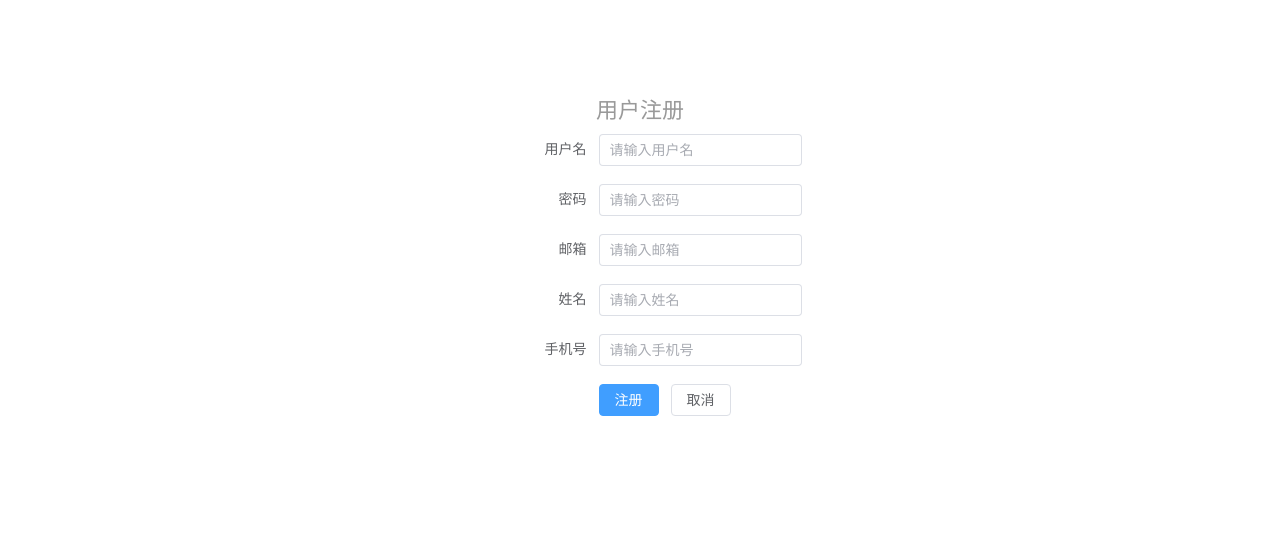
Repository: Mickey1216/yzkj_login_demo
Page: /
These files come from the project's save history. The page is drawn as it stood at one moment and after the next save; the edit follows.
The browser window is 1280 px wide. The pictures show the whole page.
The project was rebuilt for these pictures with package versions that can differ from the ones it lists, and the page was loaded fresh each time. Also part of the build but not shown: vite.config.js.

Above is the page before, as saved 2023-07-04 16:14:31.

### src/main.js
import { createApp } from 'vue'
import App from './App.vue'
import router from './router'
import ElementPlus from 'element-plus'
import 'element-plus/dist/index.css'

const app = createApp(App)
app.use(router)
app.use(ElementPlus)
app.mount('#app')

### src/App.vue
<template>
  <div class="app">
    <routerView/>
  </div>
</template>

<script setup>

</script>

<style scoped>

</style>

### src/router/index.js
import { createRouter, createWebHistory } from 'vue-router'
import Register from '../views/Register.vue'

const router = createRouter({
  history: createWebHistory(import.meta.env.BASE_URL),
  routes: [
    {
      path: '/',
      redirect: '/register',
    },
    {
      path: '/register',
      name: 'register',
      component: Register
    },
    {
      path: '/login',
      name: 'login',
      component: () => import('../views/Login.vue')
    },
    {
      path: '/list',
      name: 'list',
      component: () => import('../views/List.vue')
    },
    {
      path: '/:pathMatch(.*)',
      meta: { title: "出错了！当前界面不存在" },
      component: () => import('../views/Error.vue')
    }
  ]
})

export default router

### src/views/Register.vue
<template>
  <div class="register">
    <div class="title">用户注册</div>
    <!-- <div class="is_existing_account">已有账号?立即登录</div> -->
    <el-form :model="form" label-width="120px">
      <el-form-item label="用户名">
        <el-input placeholder="请输入用户名" v-model="form.username" />
      </el-form-item>
      <el-form-item label="密码">
        <el-input placeholder="请输入密码" v-model="form.password" />
      </el-form-item>
      <el-form-item label="邮箱">
        <el-input placeholder="请输入邮箱" v-model="form.email" />
      </el-form-item>
      <el-form-item label="姓名">
        <el-input placeholder="请输入姓名" v-model="form.realName" />
      </el-form-item>
      <el-form-item label="手机号">
        <el-input placeholder="请输入手机号" v-model="form.phone" />
      </el-form-item>
      <el-form-item>
        <el-button type="primary" @click="onSubmit">注册</el-button>
        <el-button>取消</el-button>
      </el-form-item>
    </el-form>
  </div>
</template>

<script setup>
import { reactive } from "vue";
import request from '../api/request'

const form = reactive({
  username: "",
  password: "",
  email: "",
  realName: "",
  phone: "",
});

// 注册
const onSubmit = () => {
  request('/user/register', "POST", {
    username: form.username,
    password: form.password,
    email: form.email,
    realName: form.realName,
    phone: form.phone
  }).then()
};
</script>

<style scoped>
.register {
  margin: 0 auto;
  display: flex;
  flex-direction: column;
  justify-content: center;
  align-items: center;
  width: 500px;
  height: 500px;
}
.title {
  margin: 10px 0;
  display: flex;
  align-items: center;
  justify-content: center;
  font-size: 22px;
  color: #999;
}
.is_existing_account {
  font-size: 14px;
  color: gray;
  margin: 10px 5px;
  display: flex;
  justify-content: right;
}
</style>

### src/api/request.js
import axios from 'axios';
import qs from "qs"

export default function request(target, method = "GET", data = {}) {
  const instance = axios.create({
      // 基础路径，发请求的时候，路径当中会出现api
      baseURL: "/api",
      // 代表请求超时的时间5s
      // timeout: 5000
  })

  //请求拦截器：在发送请求之前，请求拦截器可以检测到，可以在请求发送出去前做一些事情
  instance.interceptors.request.use(config => { // config：配置对象，对象里面有一个属性很重要，headers请求头
      config.method = method;
      config.headers["Content-Type"] = (method === "POST" || method === "PUT" || method === "DELETE" || method === "PATCH" ?
          "application/x-www-form-urlencoded" : "application/json");
      config.data = qs.stringify(data);

      return config;
  })

  // 响应拦截器
  instance.interceptors.response.use(res => {
      return res.data;
  })

  return instance(target);
}

Loaded but not shown: index.html (common file)

After the next save:
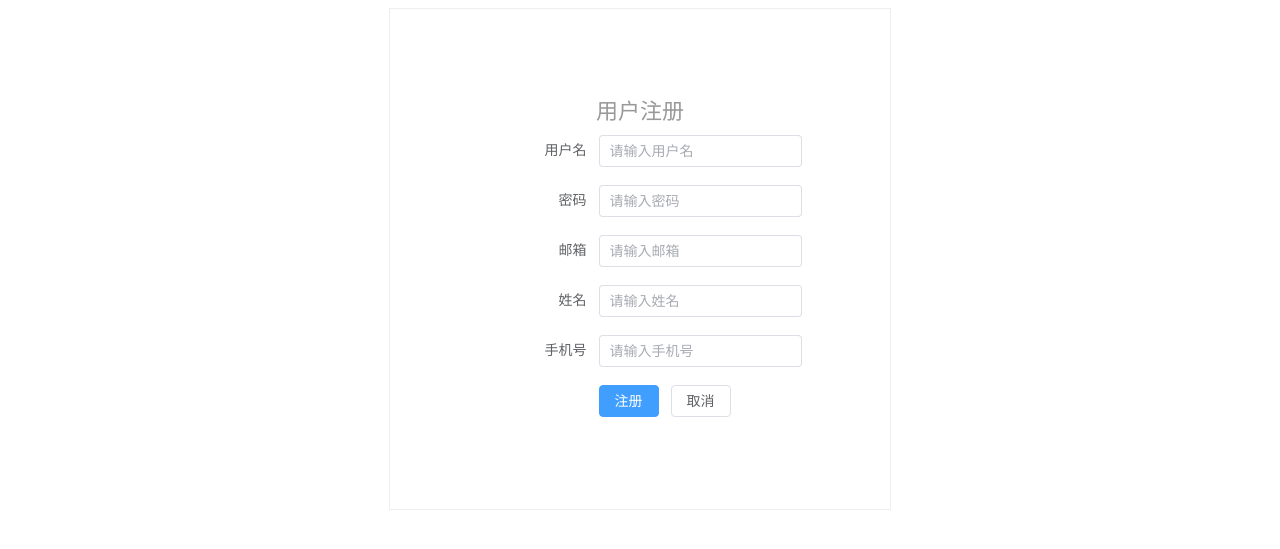
Saved 18 s later.
--- a/src/views/Register.vue
+++ b/src/views/Register.vue
@@ -59,6 +59,7 @@ const onSubmit = () => {
   align-items: center;
   width: 500px;
   height: 500px;
+  border: 1px solid #eee;
 }
 .title {
   margin: 10px 0;
